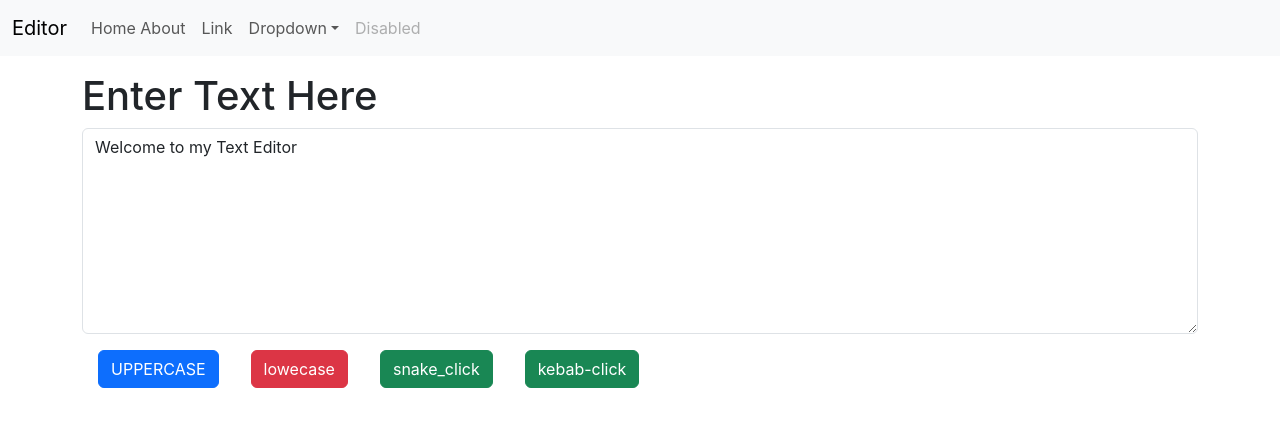
Repository: Shubham-tawar/Text-editor
Page: /
An editor plug-in stored every save of this project. The page is shown before and after a run of saves, followed by the edit.
The browser window is 1280 px wide. The pictures show the whole page.
The project was rebuilt for these pictures with package versions that can differ from the ones it lists, and the page was loaded fresh each time. Also part of the build but not shown: src/App.css.

Above is the page before, as saved 2025-07-05 22:32:31.

After the next 3 saves:
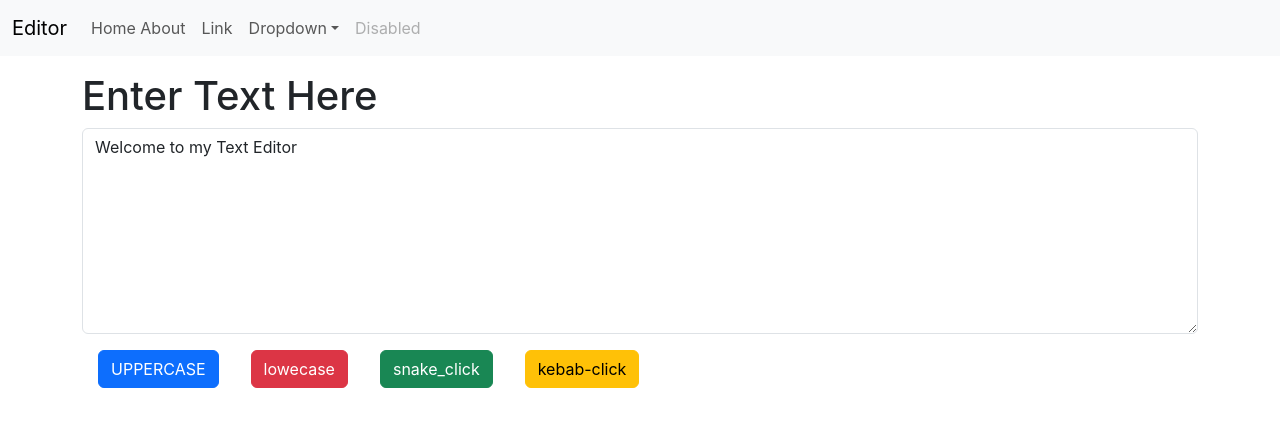
The 3 saves are shown as one change because they came seconds apart.
The last was saved 47 s later.
--- a/src/components/Textform.js
+++ b/src/components/Textform.js
@@ -39,7 +39,7 @@ export default function Textform(props) {
             <button type='button' className="btn btn-primary m-3" onClick={handleUpClick}>UPPERCASE</button>
             <button type='button' className="btn btn-danger m-3" onClick={handleLowClick}>lowecase</button>
             <button type='button' className="btn btn-success m-3" onClick={handleSnakeClick}>snake_click</button>
-            <button type='button' className="btn btn-success m-3" onClick={handleSnakeClick}>kebab-click</button>
+            <button type='button' className="btn btn-warning m-3" onClick={handleSnakeClick}>kebab-click</button>
         </form>
 
         </>
